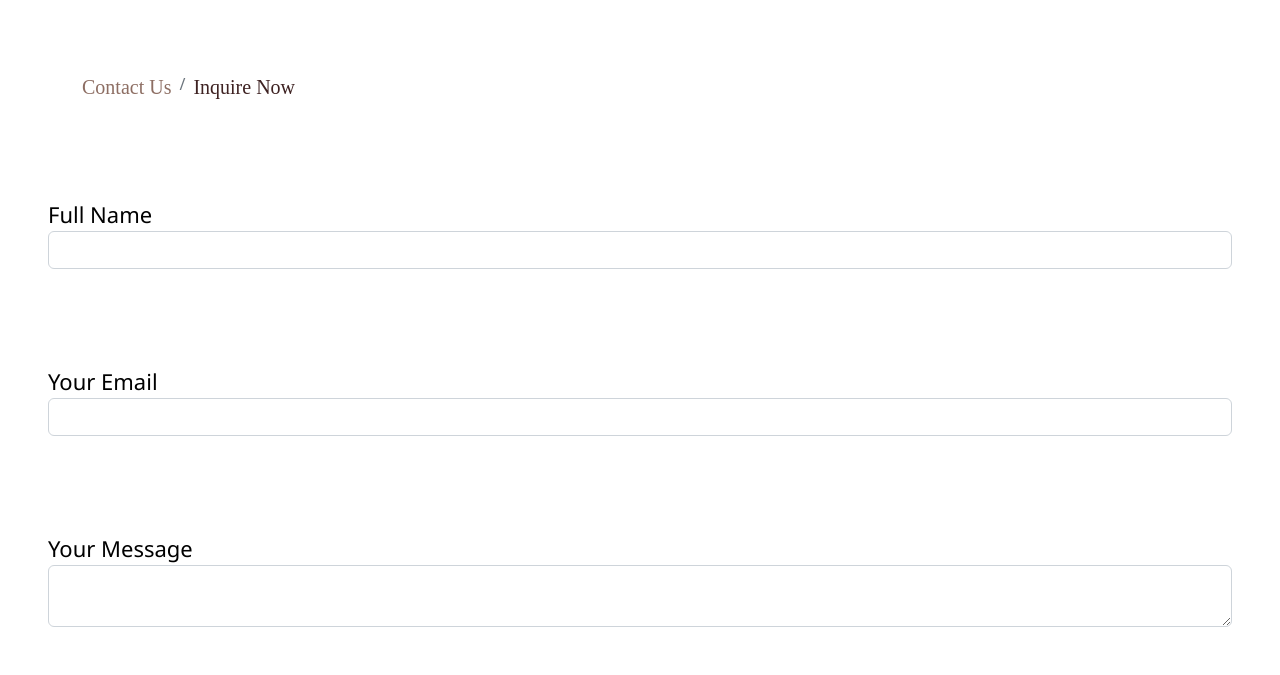
Repository: kaushalyaweerakoon/Plantation-Villa
Page: contact-us.html
The author's editor kept a copy of each file at every save. The page is drawn from the files as they stood at one save, then again after the next save.
The browser window is 1280 px wide. The pictures show the part of the page from y = 1313 to 2084 px (the page is 1988 px tall before and 2084 px after).
Some web fonts or font styles are not loaded; a fallback is used.

Above is the page before, as saved 2022-08-15 15:12:34.
Not found: assets/js/main.js

After the next save:
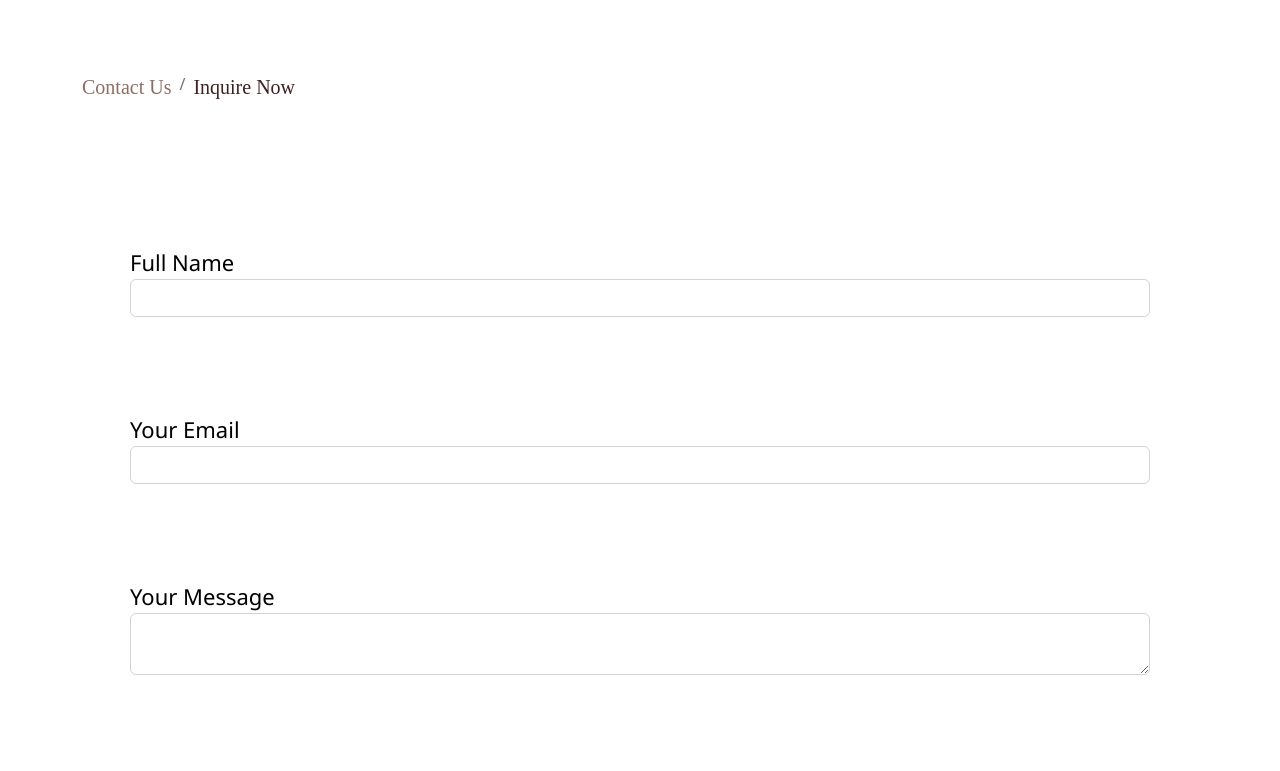
Saved 97 s later.
--- a/contact-us.html
+++ b/contact-us.html
@@ -116,6 +116,8 @@
 </div>
 <!--/ Breadcrumb -->
 <section>
+    <div class="container pb-4">
+        <nav aria-label="" class="mt-5 mb-4 ">
     <div id="contact-us">
         <form>
             <div class="">
